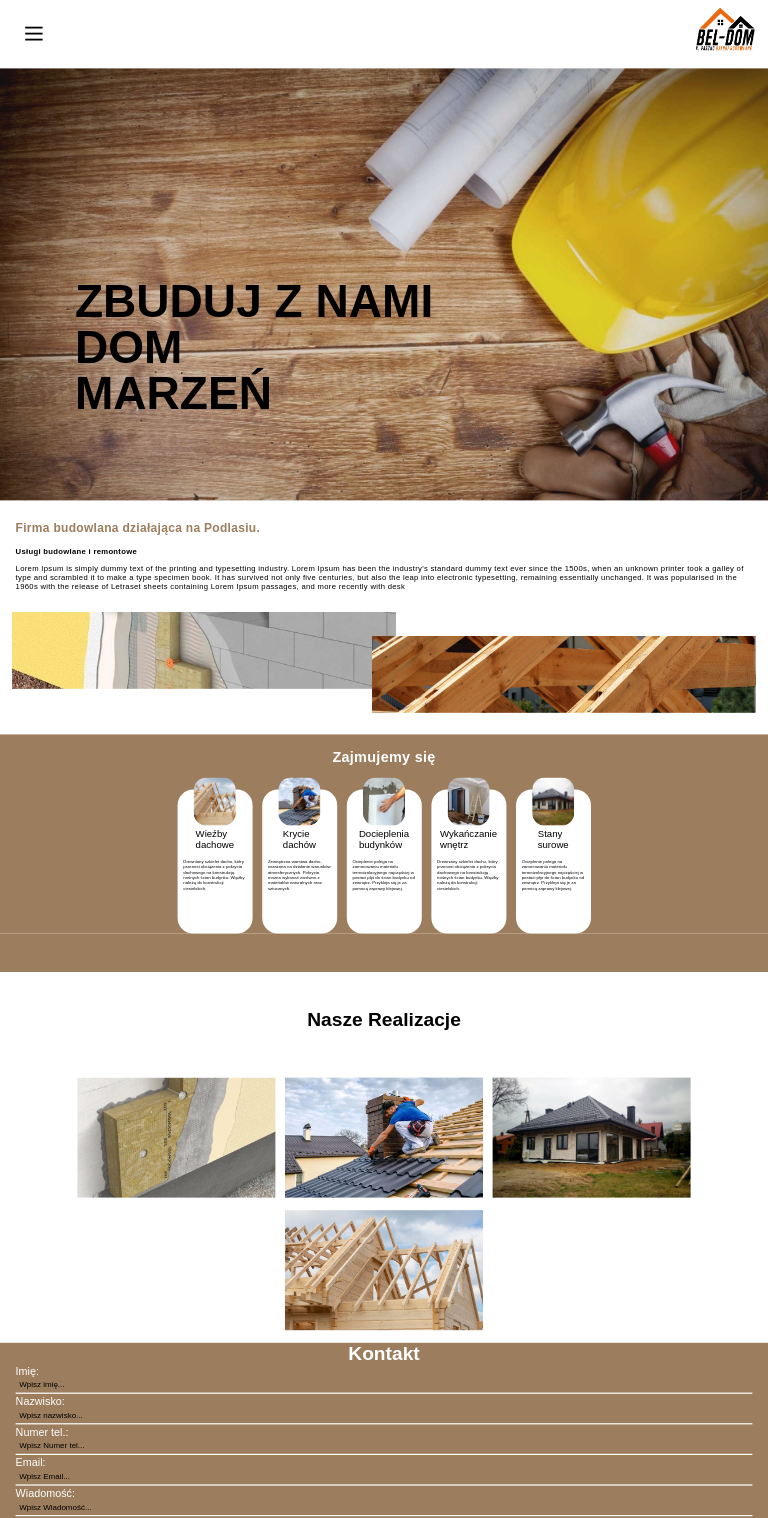
Repository: JakubPaszko2001/bel
Page: index.html
An editor plug-in stored every save of this project. The page is shown before and after the next save, followed by the edit.
The browser window is 1280 px wide. The pictures show the whole page, at 60% of full size.
Some web fonts or font styles are not loaded; a fallback is used.

Above is the page before, as saved 2022-03-05 17:17:47.

### index.html
<!DOCTYPE html>
<html lang="pl-PL">
<head>
    <meta charset="UTF-8">
    <meta http-equiv="X-UA-Compatible" content="IE=edge">
    <meta name="viewport" content="width=device-width, initial-scale=1.0">
    <title>BEL-DOM</title>
    <link rel="preconnect" href="https://fonts.googleapis.com">
    <link rel="preconnect" href="https://fonts.gstatic.com" crossorigin>
    <link href="https://fonts.googleapis.com/css2?family=Prompt:wght@300;400;700&display=swap" rel="stylesheet">
    <link rel="stylesheet" href="style.css">
    <link rel="stylesheet" href="lightbox.min.css">
    <script src="./js/lightbox-plus-jquery.min.js"></script>
</head>
<body>
<!-- HEADER -->
<header>
    <div class="container">
        <!-- SPAN -->
        <button class="hamburger">
            <span class="hamburger--menu">
                <span class="hamburger__inner"></span>
            </span>
        </button>
        <!-- LOGO -->
        <div class="header__logo">
            <img class="logo__pic" src="./images/logo.png" alt="logo">
        </div>
    </div>
</header>
<!-- MAIN -->
<main>
    <!-- NAV -->
    <div class="navigation">
        <ul class="navigation--list">
            <li class="navigation__item"><a href="#">jeden</a></li>
            <li class="navigation__item"><a href="#">dwa</a></li>
            <li class="navigation__item"><a href="#">trzy</a></li>
            <li class="navigation__item"><a href="#">cztery</a></li>
        </ul>
    </div>
    <!-- MAIN CONTAINER -->
    <div class="main--container">
        <div class="background__pic">
            <img src="./images/tlo1.png" alt="background">
        </div>
    <!-- TEXT ON IMG -->
        <h1 class="text">ZBUDUJ Z NAMI <br>DOM <br> MARZEŃ</h1>
    </div>
    <!-- TEXT -->
    <div class="main--text">
        <h1 class="main__text-h1">Firma budowlana działająca na Podlasiu.</h1>
        <h3 class="main__text-h3">Usługi budowlane i remontowe</h3>
        <h4 class="main__text-h4">Lorem Ipsum is simply dummy text of the printing and typesetting industry. Lorem Ipsum has been the industry's standard dummy text ever since the 1500s, when an unknown printer took a galley of type and scrambled it to make a type specimen book. It has survived not only five centuries, but also the leap into electronic typesetting, remaining essentially unchanged. It was popularised in the 1960s with the release of Letraset sheets containing Lorem Ipsum passages, and more recently with desk</h4>
    </div>
    <!-- PHOTOS -->
    <div class="main--photos">
        <img class="photo photo1" src="./images/docieplenie1.png" alt="photo2">
        <img class="photo photo2" src="./images/wiezby.png" alt="photo1">
    </div>
    <!-- CARDS -->
    <div class="cards--container">
        <h2 class="text-h2">Zajmujemy się</h2>
        <div class="cards--container__main">
            <div class="card">
                <div class="card-img">
                    <img class="card-img_style" src="./images/wiezby2.png" alt="wiezby">
                </div>
                <div class="card-title">
                    <div class="h1-title">Wieźby<br>dachowe</div>
                </div>
                <div class="card-text">
                    <div class="h1-text">Drewniany szkielet dachu, który przenosi obciążenia z pokrycia dachowego na konstrukcję nośnych ścian budynku. Więźby należą do konstrukcji ciesielskich.</div>
                </div>
            </div>
            <div class="card">
                <div class="card-img">
                    <img class="card-img_style" src="./images/krycie.png" alt="wiezby">
                </div>
                <div class="card-title">
                    <div class="h1-title">Krycie<br>dachów</div>
                </div>
                <div class="card-text">
                    <div class="h1-text">Zewnętrzna warstwa dachu, narażona na działanie warunków atmosferycznych. Pokrycia można wykonać zarówno z materiałów naturalnych oraz sztucznych.</div>
                </div>
            </div>
            <div class="card">
                <div class="card-img">
                    <img class="card-img_style" src="./images/docieplenie2.png" alt="wiezby">
                </div>
                <div class="card-title">
                    <div class="h1-title">Docieplenia<br>budynków</div>
                </div>
                <div class="card-text">
                    <div class="h1-text">Ocieplenie polega na zamocowaniu materiału termoizolacyjnego najczęściej w postaci płyt do ścian budynku od zewnątrz. Przykleja się je za pomocą zaprawy klejowej.</div>
                </div>
            </div>
            <div class="card">
                <div class="card-img">
                    <img class="card-img_style" src="./images/wnetrza.png" alt="wiezby">
                </div>
                <div class="card-title">
                    <div class="h1-title">Wykańczanie<br>wnętrz</div>
                </div>
                <div class="card-text">
                    <div class="h1-text">Drewniany szkielet dachu, który przenosi obciążenia z pokrycia dachowego na konstrukcję nośnych ścian budynku. Więźby należą do konstrukcji ciesielskich.</div>
                </div>
            </div>
            <div class="card">
                <div class="card-img">
                    <img class="card-img_style" src="./images/surowe.png" alt="wiezby">
                </div>
                <div class="card-title">
                    <div class="h1-title">Stany<br>surowe</div>
                </div>
                <div class="card-text">
                    <div class="h1-text">Ocieplenie polega na zamocowaniu materiału termoizolacyjnego najczęściej w postaci płyt do ścian budynku od zewnątrz. Przykleja się je za pomocą zaprawy klejowej.</div>
                </div>
            </div>
        </div>
    </div>
    <div class="brown"></div>
    <div class="realisation-text">
        <h1 class="realisation-h1">Nasze Realizacje</h1>
    </div>
    <div class="gallery">
        <a href="./images/docieplenie.png" data-lightbox="mygallery"><img class="gallery-img" src="./images/nazwa.png"></a>
        <a href="./images/krycie.png" data-lightbox="mygallery"><img class="gallery-img" src="./images/krycie.png"></a>
        <a href="./images/surowe.png" data-lightbox="mygallery"><img class="gallery-img" src="./images/surowe.png"></a>
        <a href="./images/wiezby2.png" data-lightbox="mygallery"><img class="gallery-img" src="./images/wiezby2.png"></a>
    </div>
    <div class="contact">
        <div class="contact-title">
            <h1>Kontakt</h1>
        </div>
        <div class="contact-text">
            <p class="contact-text-title">Imię:</p><br>
            <input placeholder="Wpisz imię..."></input>
            <p class="contact-text-title">Nazwisko:</p><br>
            <input placeholder="Wpisz nazwisko..."></input>
            <p class="contact-text-title">Numer tel.:</p><br>
            <input placeholder="Wpisz Numer tel..."></input>
            <p class="contact-text-title">Email:</p><br>
            <input placeholder="Wpisz Email..."></input>
            <p class="contact-text-title">Wiadomość:</p><br>
            <input placeholder="Wpisz Wiadomość..."></input>
        </div>
    </div>
</main>
<!-- JS -->
<script src="./js/script.js" type="text/javascript"></script>
</body>
</html>

### style.css
:root {
    /* WEIGHT */
    --ww-bold: 700;
    --ww-normal: 400;
    --ww-small: 300;
    /* COLORS */
    --color-orange: #EB680D;
    --color-white: #ffffff;
    --color-black: #000000;
    --color-brown: #9c7d5d;
    /* SPACING */
    --margin: 1.25em;
    --margin-left: 1.625em;
    /* FONT SIZE */
    --fs-12: 1.25em;
    --fs-10: 0.8em;

}
* {
    margin: 0;
    padding: 0;
    box-sizing: border-box;
    font-family: 'Prompt', sans-serif;
    /* font-family: Arial, Helvetica, sans-serif; */
}
img {
    width: 100%;
    object-fit: cover;
}
.logo__pic {
    width: 6.875em;
    height: 6.875em;
}
.container {
    display: flex;
    margin: 0 var(--margin);
    justify-content: space-between;
    align-items: center;
}
.hamburger {
    padding: var(--margin-left);
    display: inline-block;
    cursor: pointer;
    background: transparent;
    border: 0;
    margin: 0;
}
.hamburger--menu  {
    width: 2.1875em;
    height: var(--margin);
    display: inline-block;
    position: relative;
}
.hamburger__inner {
    z-index: 999;
    width: 100%;
    height: 3px;
    background-color: black;
    position: absolute;
    left: 0;
    top: 50%;
    transform: translateY(-50%);
    transition: background-color 0.1s 0.2s ease-in-out;
}
.hamburger__inner::before,
.hamburger__inner::after {
    content: '';
    width: 100%;
    height: 3px;
    background-color: var(--color-black);
    position: absolute;
    left: 0;
    transition: transform 0.2s 0.2s ease-in-out;

}
.hamburger__inner::before {
    /* transform: translateY(-10px); */
    top: -10px;
}
.hamburger__inner::after {
    /* transform: translateY(10px); */
    top: 10px;
}
.hamburger--active .hamburger__inner {
    background-color: transparent;
}
.hamburger--active .hamburger__inner::before {
    transform: translateY(10px) rotate(45deg);
    background-color: var(--color-orange);
}
.hamburger--active .hamburger__inner::after {
    transform: translateY(-10px) rotate(-45deg);
    background-color: var(--color-orange);
}
.navigation {
    position: absolute;
    top: 0;
    left: 0;
    width: 10.9375em;
    height: 100vh;
    background-color: var(--color-black);
    display: flex;
    flex-direction: column;
    align-items: center;
    transform: translateX(-200px);
    transition: transform 0.3s 0.1s ease-in-out;
    z-index: 100;
}
.navigation--active {
    transform: translateX(0px);
}
.navigation--list {
    list-style: none;
}
.navigation__item {
    margin-bottom: 2.5em;
}
li:first-child {
    margin-top: 9.375em;
}
a {
    text-decoration: none;
    color: var(--color-orange);
    font-size: var(--margin);
}
.main--container {
    position: relative;
    z-index: 1;
}
.text {
    position: absolute;
    bottom: 20%;
    margin-left: var(--margin-left);
    line-height: 1em;
    font-size: 6vw;
    font-weight: var(--ww-bold);
}
.main--text {
    letter-spacing: 0.5px;
    margin: 0 var(--margin-left);
}
.main__text-h1 {
    margin-top: 1.5em;
    margin-bottom: 1.0em;
    font-size: var(--fs-12);
    font-weight: var(--ww-bold);
    color: var(--color-brown);

}
.main__text-h3 {
    font-size: var(--fs-10);
    font-weight: var(--ww-bold);
    margin-bottom: 1em;
}
.main__text-h4 {
    font-size: var(--fs-10);
    font-weight: var(--ww-normal);
}
.main--photos {
    display: flex;
    justify-content: center;
    align-items: center;
    position: relative;
    width: 100%;
    /* border: violet solid; */
    height: 15em;
}
.photo {
    width: 100%;
    height: 8em;
}
.photo1 {
    transform: translate(20px,-20px);
}
.photo2 {
    transform: translate(-20px,20px);
}
.cards--container {
    background: var(--color-brown);
    /* height: 100vh; */
}

.text-h2 {
    padding-top: 1em;
    color: var(--color-white);
    text-align: center;
    letter-spacing: 0.5px;
    padding-bottom: 1.25em;
    /* border: violet solid; */
}
.cards--container__main {
    display: flex;
    flex-wrap: wrap;
    width: 100%;
    justify-content: center;
    align-items: center;
    gap: 1em;
}
.card {
    display: flex;
    flex-direction: column;
    position: relative;
    height: 15em;
    width: 7.8125em;
    /* height: 300px;
    width: 175px; */
    background-color: var(--color-white);
    border-radius: 1.625em;
    margin-top: 0.625em;
}
.card-img {
    display: flex;
    height: 3.75em;
    justify-content: center;
    /* border: black solid; */

}
.card-img_style {
    width: 4.375em;
    height: 5em;
    border-radius: 1.3125em;
    position: absolute;
    top: -20px;
}
.card-title {
    height: 3.125em;
    width: 100%;
    margin-top: 5px;
    /* border: yellow solid; */
}
.h1-title {
    display: flex;
    justify-content: center;
    align-items: center;
    font-weight: var(--ww-normal);
}
.card-text {
    width: 100%;
    height: 100px;
    display: flex;
    flex-wrap: nowrap;
    /* border: green solid; */
}
.h1-text {
    font-size: 0.45em;
    font-weight: var(--ww-normal);
    padding: 0px 10px 10px 10px;
}
.brown {
    display: flex;
    width: 100%;
    height: 4em;
    background-color: var(--color-brown);
}
.realisation-text {
    display: flex;
    justify-content: center;
    align-items: center;
    height: 10em;
}
.gallery {
    display: flex;
    justify-content: center;
    align-items: center;
    flex-wrap: wrap;
    gap: 1em;
    padding: 1em 1em;
}
.gallery-img {
    width: 330px;
    height: 200px;
}
.contact {
    background-color: var(--color-brown);
    display: flex;
    flex-direction: column;
    color: var(--color-white);
}
.contact-title {
    display: flex;
    justify-content: center;
    align-items: center;
}
.contact-text {
    margin-left: var(--margin-left);
    margin-right: var(--margin-left);
}
.contact-text-title {
    font-size: 18px;
    margin-bottom: -20px;
}
input {
    width: 100%;
    padding: 6px;
    background:none;
    outline:none;
    border:0;
    border-bottom:2px solid white;
    margin-bottom: 3px;
}
::placeholder {
    color: black;
}
input:focus{
    border-bottom:2px solid black;
    transition:all .3s
}

### js/script.js
const hamburger = document.querySelector('.hamburger');
const Click = () => {
    hamburger.classList.toggle('hamburger--active');
}
hamburger.addEventListener('click',Click);

Loaded but not shown: lightbox.min.css (common file); js/lightbox-plus-jquery.min.js (library)

After the next save:
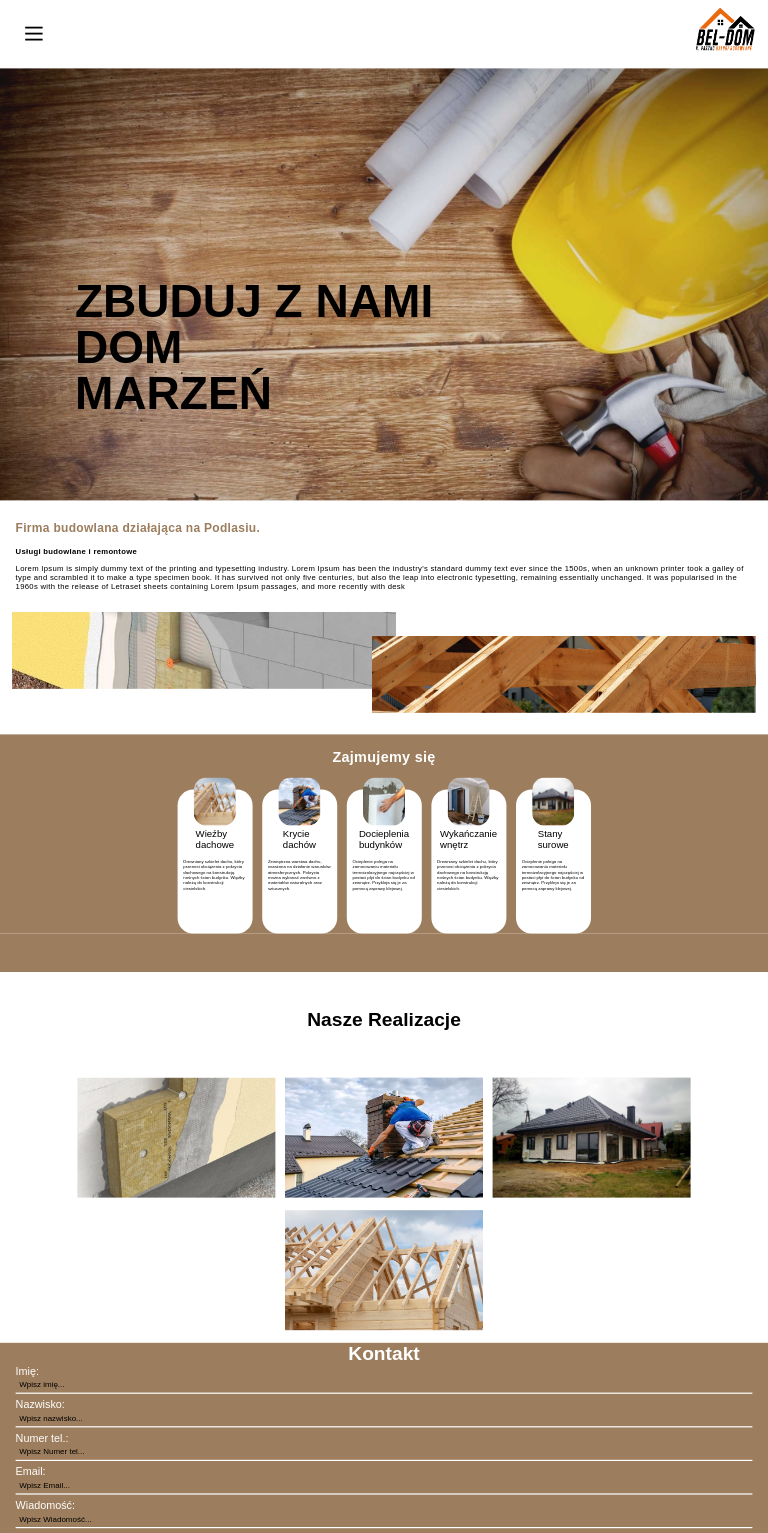
Saved 7 s later.
--- a/style.css
+++ b/style.css
@@ -296,7 +296,7 @@
     outline:none;
     border:0;
     border-bottom:2px solid white;
-    margin-bottom: 3px;
+    margin-bottom: 8px;
 }
 ::placeholder {
     color: black;
